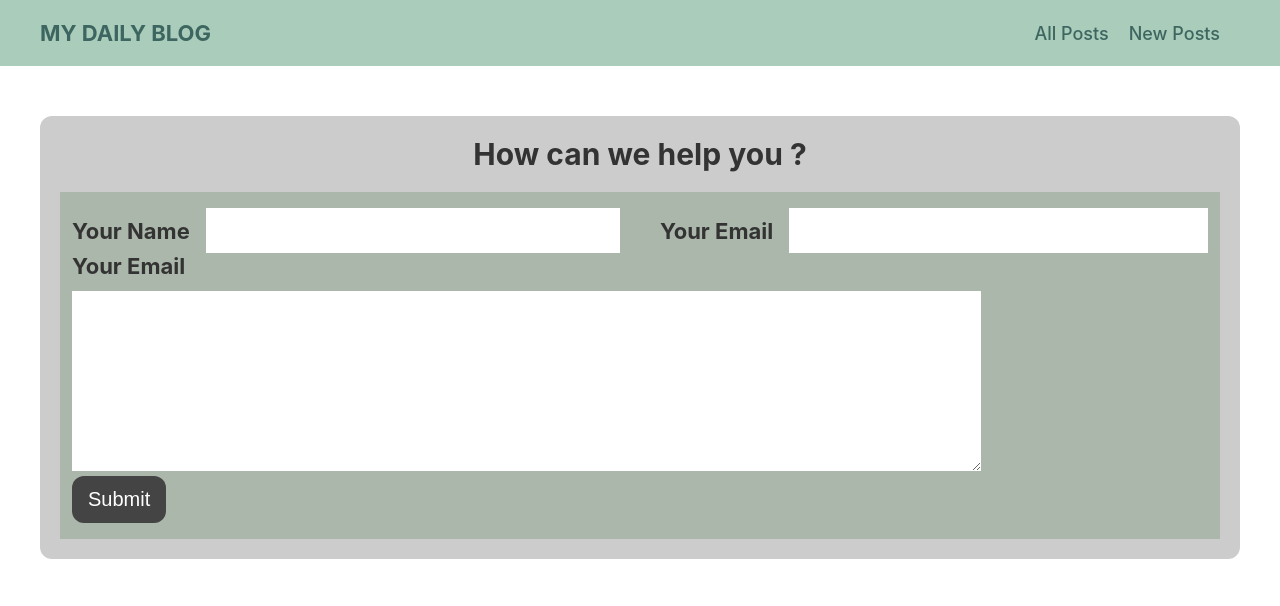
Repository: lyvandat/post-project-nextjs
Page: /new-post
These files come from the project's save history. The page is drawn as it stood at one moment and after a run of saves; the edit follows.
The browser window is 1280 px wide. The pictures show the whole page.
The project was rebuilt for these pictures with package versions that can differ from the ones it lists, and the page was loaded fresh each time. The framework's server and built-in components were replaced by stand-ins that run in the browser. Also part of the build but not shown: next.config.js.

Above is the page before, as saved 2022-09-26 18:41:05.

After the next 2 saves:
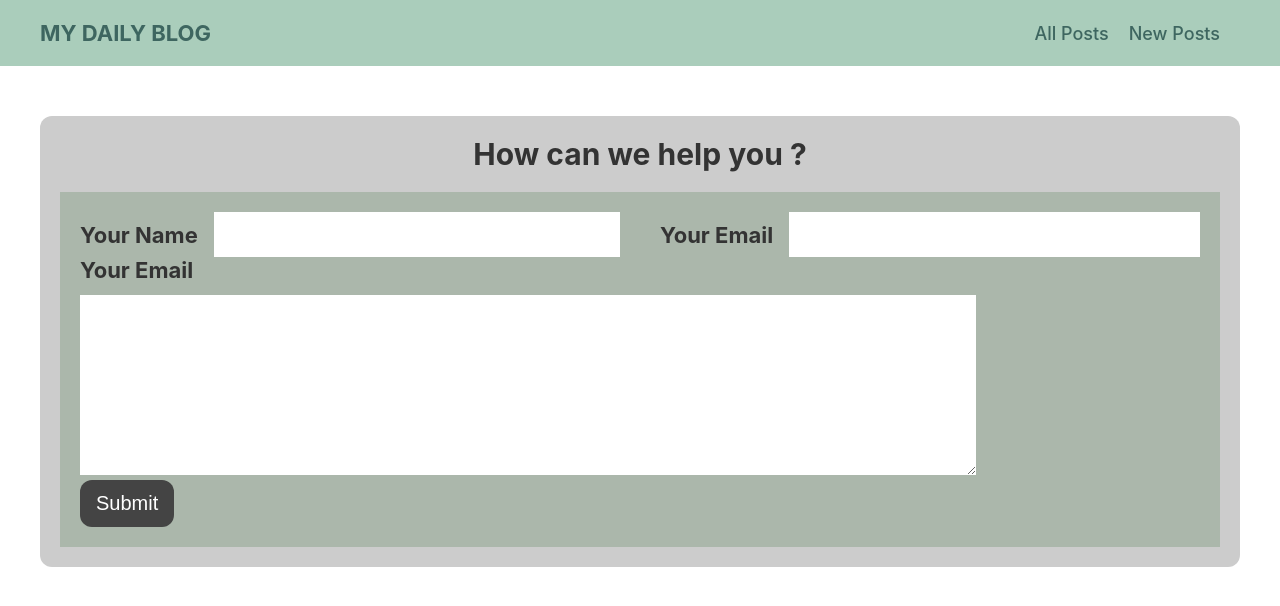
The 2 saves are shown as one change because they came seconds apart.
The last was saved 8 s later.
--- a/components/posts/NewPost.module.css
+++ b/components/posts/NewPost.module.css
@@ -15,7 +15,7 @@
 }
 
 .form {
-  padding: 16px 12px;
+  padding: 20px;
   background-color: var(--light-green);
 }
 
